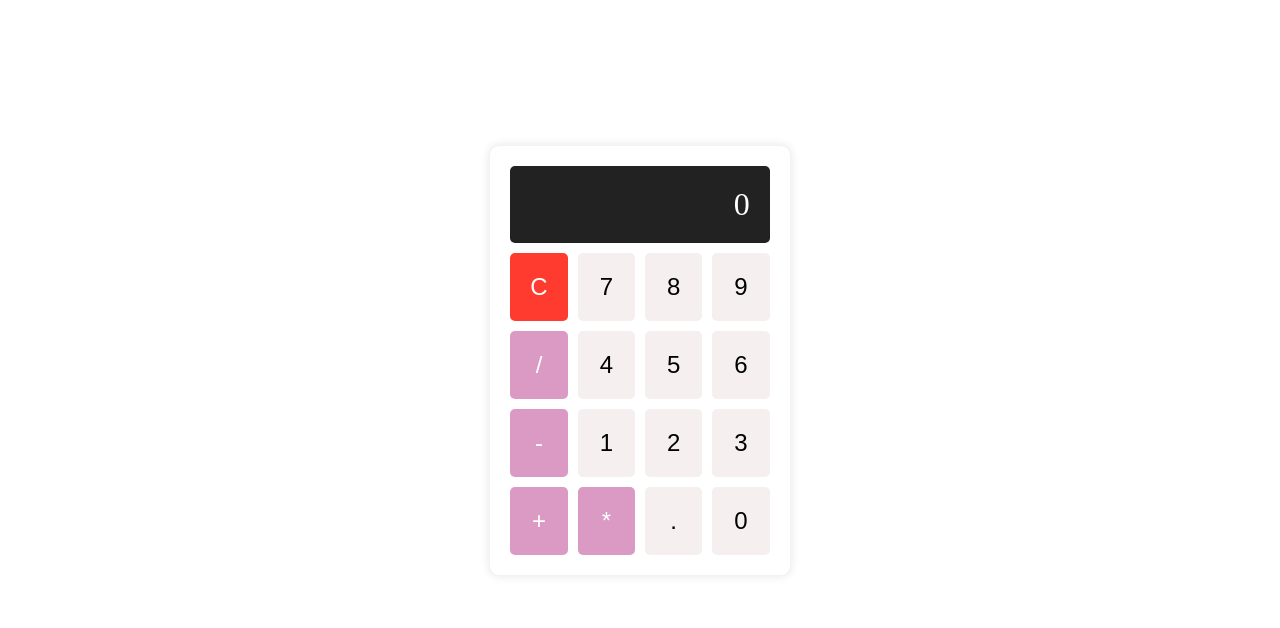
Repository: alizey12/calculator
Page: index.html
An editor plug-in stored every save of this project. The page is shown before and after the next save, followed by the edit.
The browser window is 1280 px wide. The pictures show the whole page.

Above is the page before, as saved 2024-11-23 19:52:16.

### index.html
<!DOCTYPE html>
<html lang="en">
<head>
    <meta charset="UTF-8">
    <meta name="viewport" content="width=device-width, initial-scale=1.0">
    <title>Document</title>
    <link rel="stylesheet" href="styles.css">
</head>
<body>
 <div class="calculator">
            <div class="display" id="display">0</div>
            <div class="buttons">


                <button class="btn" id="clear">C</button>
                <button class="btn">7</button>
                <button class="btn">8</button>
                <button class="btn">9</button>
                <button class="btn operator">/</button>
                <button class="btn">4</button>
                <button class="btn">5</button>
                <button class="btn">6</button>
                <button class="btn operator">-</button>
                <button class="btn">1</button>
                <button class="btn">2</button>
                <button class="btn">3</button>
                <button class="btn operator">+</button>
                <button class="btn operator">*</button>
                <button class="btn">.</button>
                <button class="btn">0</button>



            </div>
        </div>


    <script src="script.js"></script>
</body>
</html>

### styles.css
body {
    display: flex;
    justify-content: center;
    align-items: center;
    height: 100vh;
    background-color: #ffffff;
    margin: 0;
}

.calculator {
    border: 1px solid #f3f3f3;
    border-radius: 10px;
    padding: 20px;
    background-color: #fff;
    box-shadow: 0 0 10px rgba(0, 0, 0, 0.1);
}

.display {
    font-size: 2em;
    margin-bottom: 10px;
    padding: 20px;
    background-color: #222;
    color: #fff;
    text-align: right;
    border-radius: 5px;
}


.buttons {
    display: grid;
    grid-template-columns: repeat(4, 1fr);
    gap: 10px;
}

.btn {
    padding: 20px;
    font-size: 1.5em;
    border: none;
    border-radius: 5px;
    background-color: #f5efef;
    cursor: pointer;
}

.btn.operator {
    background-color: #da9ac4;
    color: #fff;
}

.btn#clear {
    background-color: #ff3b30;
    color: #fff;
}

#equals {
 width: 100px;
    background-color: #186e2e;
    color: #fff;
}

Loaded but not shown: script.js (no copy from this time; the picture is the same without it)

After the next save:
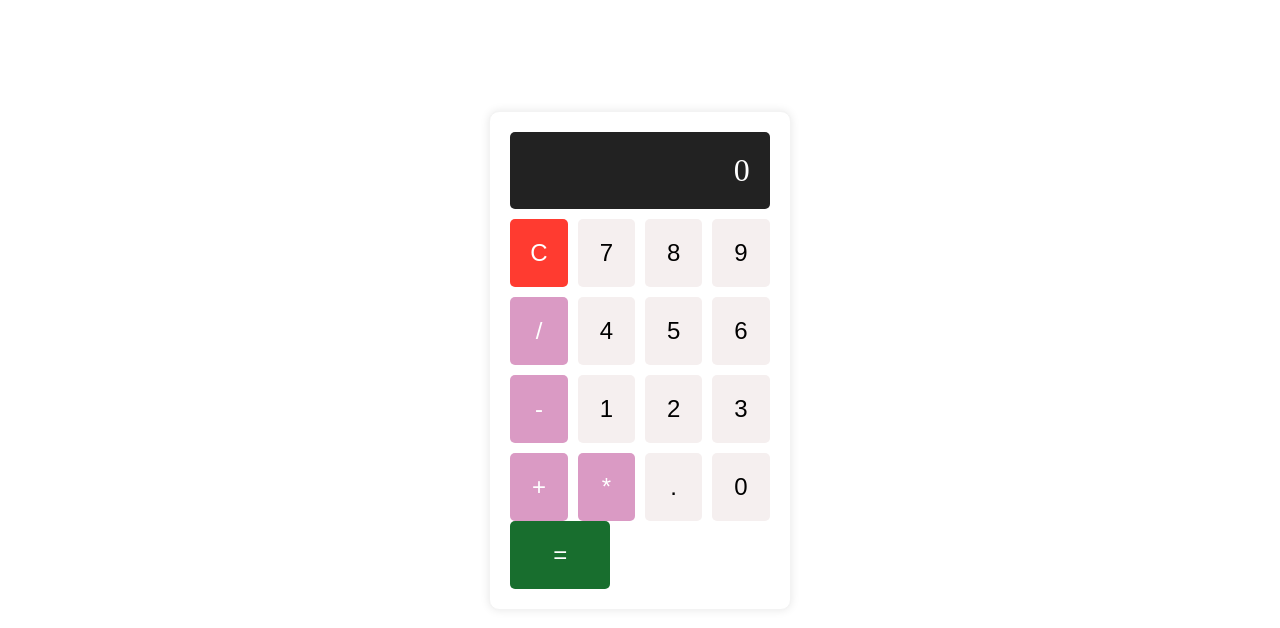
Saved 11 s later.
--- a/index.html
+++ b/index.html
@@ -32,6 +32,8 @@
 
 
             </div>
+            <button class="btn operator" id="equals">=</button>
+
         </div>
 
 
